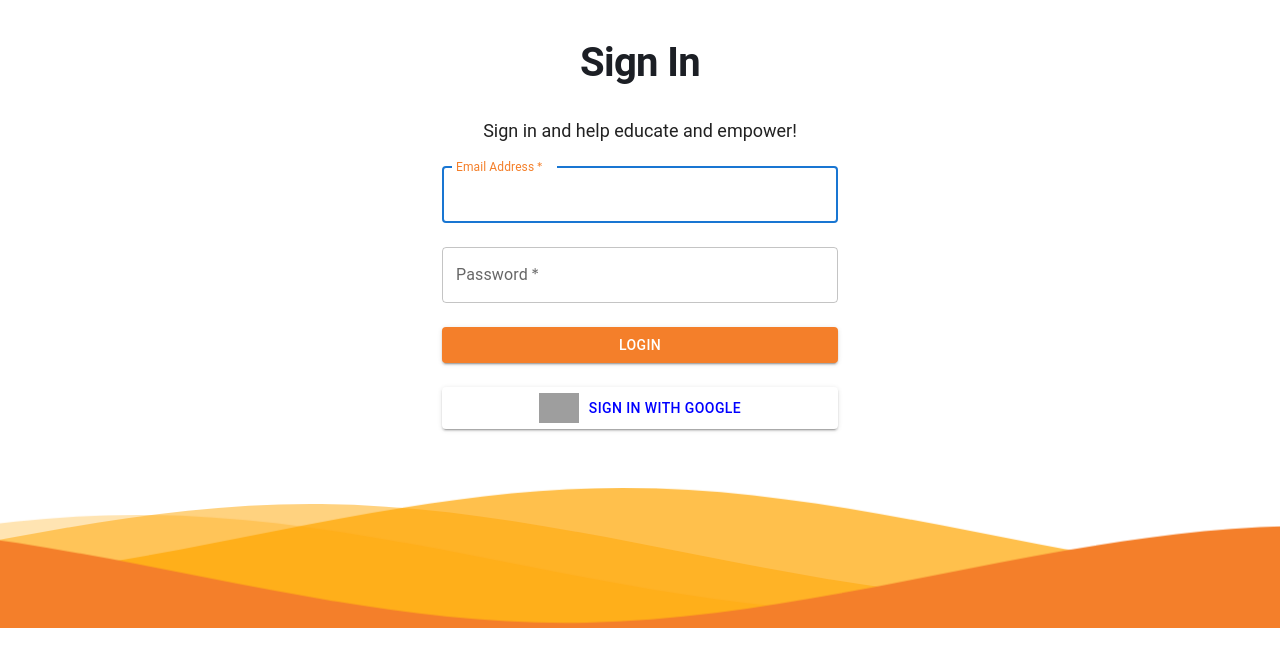
Repository: shubhampirate/Google_Solutions_Edural
Page: /dashboard
An editor plug-in stored every save of this project. The page is shown before and after the next save, followed by the edit.
The browser window is 1280 px wide. The pictures show the whole page.
Pictures or frames that could not be fetched are drawn as grey boxes. The project was rebuilt for these pictures with package versions that can differ from the ones it lists, and the page was loaded fresh each time. Some packages were replaced by stand-ins written for this rebuild. Also part of the build but not shown: src/Components/CustomButton.jsx, src/Components/Navbar.jsx, src/Components/Footer.jsx, src/Components/CongratsCard.jsx, src/pages/Hero/Hero.jsx.

Above is the page before, as saved 2024-02-02 23:46:33.

After the next save:
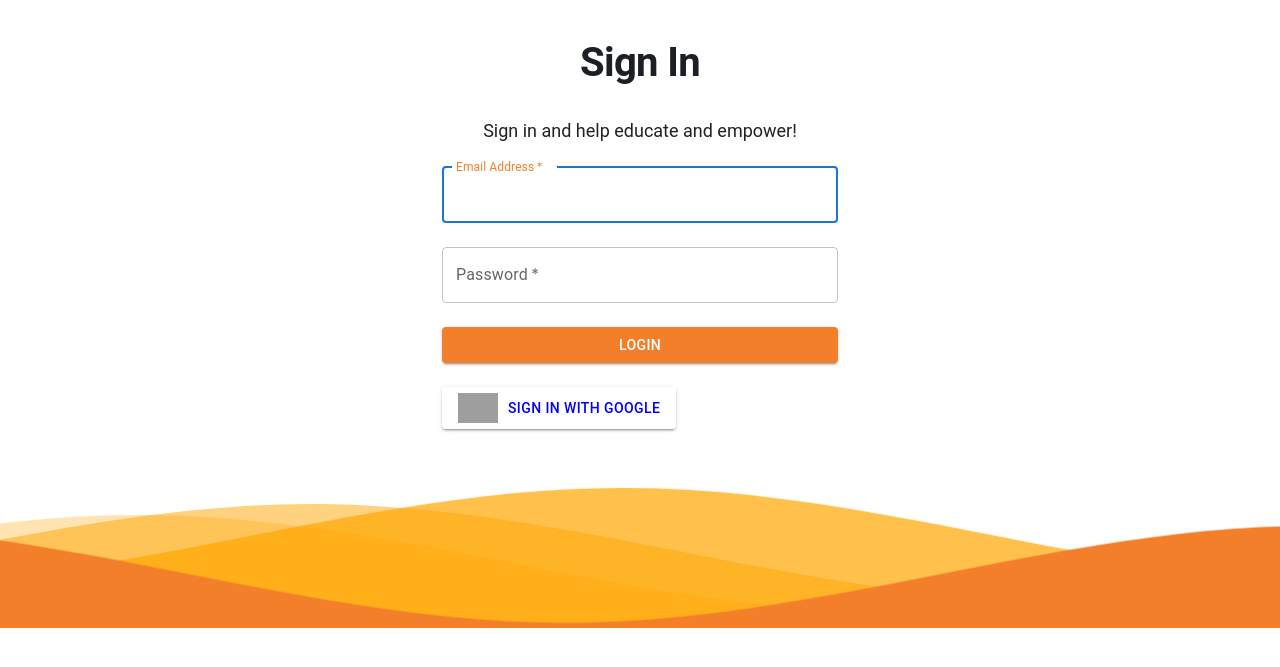
Saved 109 s later.
--- a/src/pages/Sign_in.jsx
+++ b/src/pages/Sign_in.jsx
@@ -179,12 +179,14 @@ export default function SignIn() {
           </Button>
           <Button
             type="submit"
-            fullWidth
+            // fullWidth
             variant="contained"
 
             sx={{
               mt: 2,
               mb: 1,
+              display: 'flex',
+              justifyContent: 'center',
               backgroundColor: "white", // Background color on hover
                 color: "blue", // Text color on hover
                 // borderColor: "#F47F2A", //
